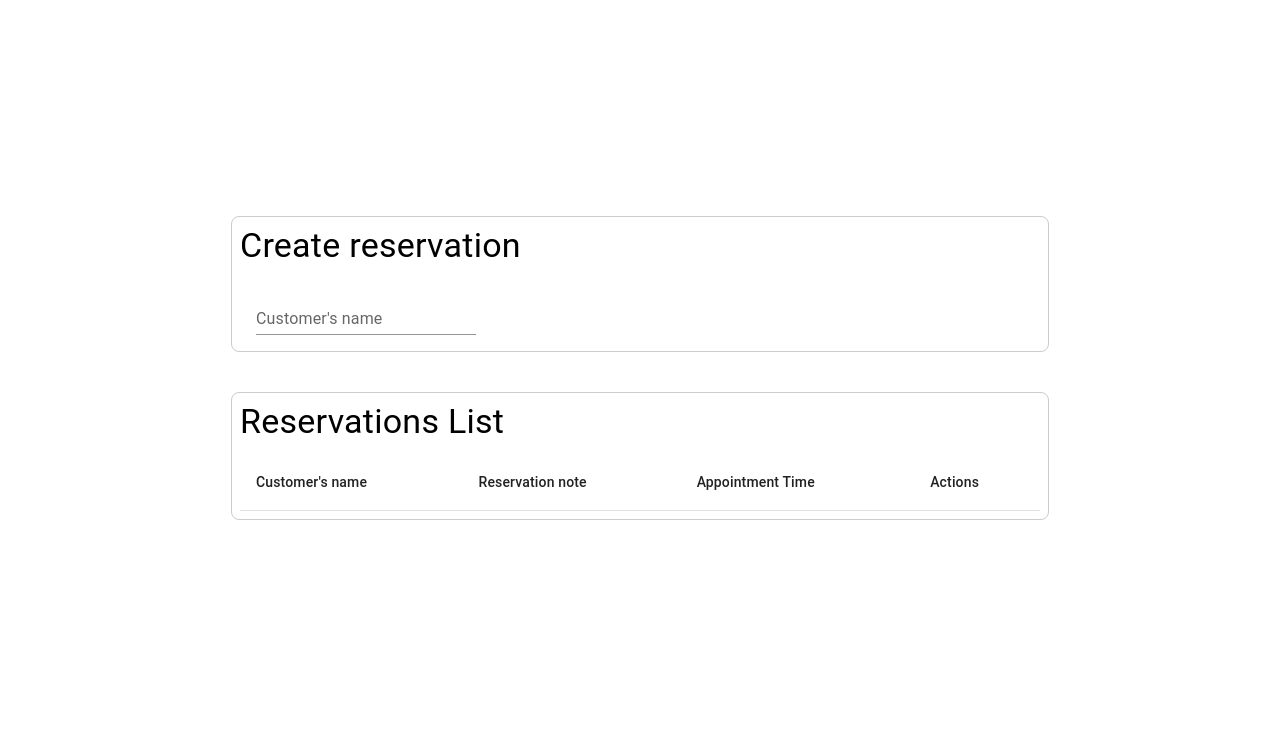
Repository: dovix58/PSP
Page: /beauty (app in frontEnd/)
The author's editor kept a copy of each file at every save. The page is drawn from the files as they stood at one save, then again after the next save.
The browser window is 1280 px wide. The pictures show the whole page.
The page's requests for data from a server got no answer. The project was rebuilt for these pictures with package versions that can differ from the ones it lists, and the page was loaded fresh each time. No one was signed in, and anything a server would have sent is missing. Also part of the build but not shown: frontEnd/vite.config.ts, frontEnd/src/LandingPage.tsx, frontEnd/src/api/productAPI.ts, frontEnd/src/CreateOrder.tsx, frontEnd/src/api/OrderApi.ts, frontEnd/src/PaymentModal.tsx, frontEnd/src/OrderList.tsx, frontEnd/src/Styles.ts and 3 more.

Above is the page before, as saved 2024-12-19 13:34:52.

After the next save:
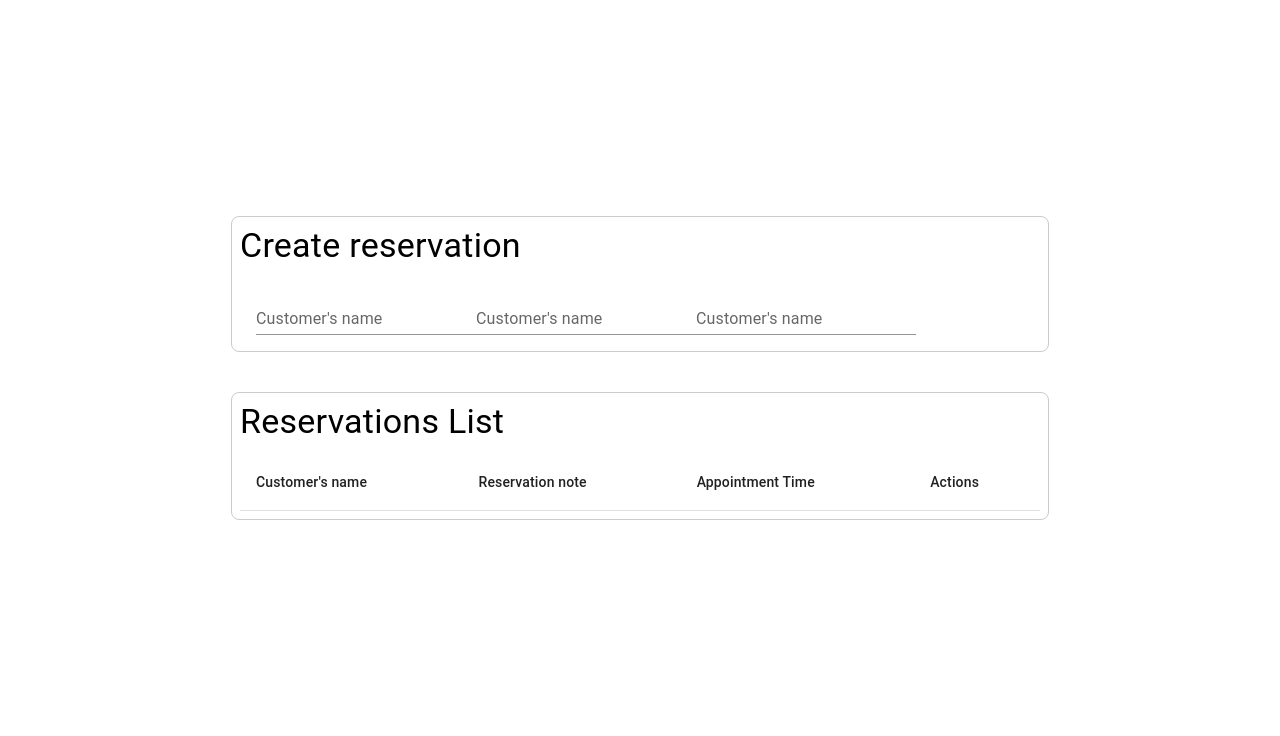
Saved 68 s later.
--- a/frontEnd/src/CreateReservation.tsx
+++ b/frontEnd/src/CreateReservation.tsx
@@ -24,6 +24,16 @@ export default function CreateReservation() {
             label="Customer's name"
             variant="standard"
           />
+          <TextField
+            id="standard-basic"
+            label="Customer's name"
+            variant="standard"
+          />
+          <TextField
+            id="standard-basic"
+            label="Customer's name"
+            variant="standard"
+          />
         </form>
       </Box>
     </Box>
